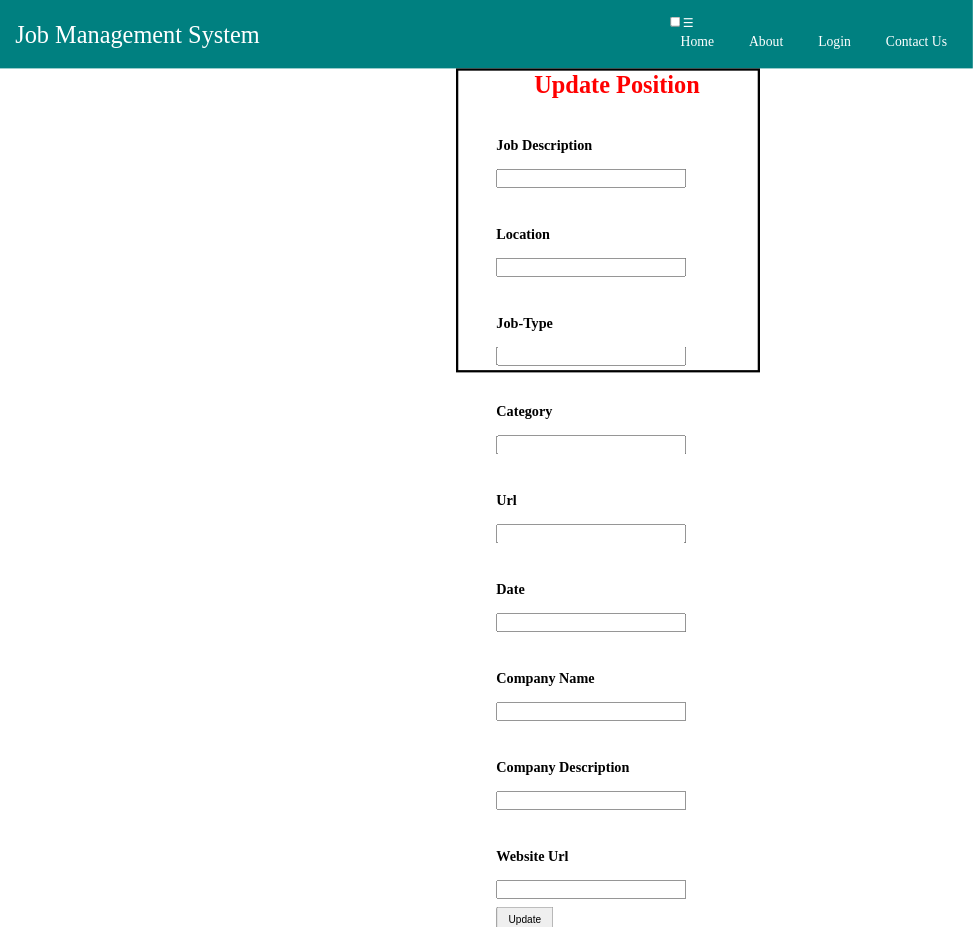
Repository: PrinceKumawat1109/JFSD
Page: http://localhost/Job-management/dashboard_update.jsp
The author's editor kept a copy of each file at every save. The page is drawn from the files as they stood at one save, then again after the next save.
The browser window is 1280 px wide. The pictures show the whole page, at 76% of full size.
The page is served by Tomcat 9. Other server files are loaded and not shown.

Above is the page before, as saved 2022-10-29 23:17:52.

### Job-management/src/main/webapp/dashboard_update.jsp
<%@ page language="java" contentType="text/html; charset=UTF-8"
    pageEncoding="UTF-8"%>
<!DOCTYPE html>
<html>
<head>
<meta charset="UTF-8">
<title>Update</title>
<style>
.card{
height: 400px;
width: 400px;
border-style: solid;
margin-left: 600px;
}
.i{
margin-top: 10px;
margin-left: 50px;
}
</style>
</head>

<jsp:include page="navbar2.jsp" />
<body>
<div class="card">
	<h1 style=" color: red; margin-left: 100px;">Update Position</h1>
<h3 style="margin-left: 50px; margin-top: 50px;">Job Description</h3>
	<input style="margin-left: 50px; margin-top: 20px; height: 25px; width: 250px;" type="text" id="t1"/>
	<h3 style="margin-left: 50px; margin-top: 50px;">Location</h3>
	<input style="margin-left: 50px; margin-top: 20px; height: 25px; width: 250px;" type="text" id="t2"/>
	<h3 style="margin-left: 50px; margin-top: 50px;">Job-Type</h3>
	<input style="margin-left: 50px; margin-top: 20px; height: 25px; width: 250px;" type="text" id="t3"/>
	<h3 style="margin-left: 50px; margin-top: 50px;">Category</h3>
	<input style="margin-left: 50px; margin-top: 20px; height: 25px; width: 250px;" type="text" id="t4"/>
	<h3 style="margin-left: 50px; margin-top: 50px;">Url</h3>
	<input style="margin-left: 50px; margin-top: 20px; height: 25px; width: 250px;" type="text" id="t5"/>
	<h3 style="margin-left: 50px; margin-top: 50px;">Date</h3>
	<input style="margin-left: 50px; margin-top: 20px; height: 25px; width: 250px;" type="text" id="t6"/>
	<h3 style="margin-left: 50px; margin-top: 50px;">Company Name</h3>
	<input style="margin-left: 50px; margin-top: 20px; height: 25px; width: 250px;" type="text" id="t7"/>
	<h3 style="margin-left: 50px; margin-top: 50px;">Company Description</h3>
	<input style="margin-left: 50px; margin-top: 20px; height: 25px; width: 250px;" type="text" id="t8"/>
	<h3 style="margin-left: 50px; margin-top: 50px;">Website Url</h3>
	<input style="margin-left: 50px; margin-top: 20px; height: 25px; width: 250px;" type="text" id="t9"/>
	<div class="i">
	<button style="height: 35px; width: 75px;"  onclick="update()">Update</button>
	<label id="lbl"></label>
	</div>
</div>
</body>
</html>

### Job-management/src/main/webapp/navbar2.jsp
<!DOCTYPE html>
<html lang="en">
 <head>
   <meta charset="UTF-8" />
   <meta http-equiv="X-UA-Compatible" content="IE=edge" />
   <meta name="viewport" content="width=device-width, initial-scale=1.0" />
   <style>

    /* UTILITIES */
* {
 margin: 0;
 padding: 0;
 box-sizing: border-box;
}
body {
 font-family: cursive;
}
a {
 text-decoration: none;
}
li {
 list-style: none;
}

/* NAVBAR STYLING STARTS */
.navbar {
 display: flex;
 align-items: center;
 justify-content: space-between;
 padding: 20px;
 background-color: teal;
 color: #fff;
}
.nav-links a {
 color: #fff;
}
/* LOGO */
.logo {
 font-size: 32px;
}
/* NAVBAR MENU */
.menu {
 display: flex;
 gap: 1em;
 font-size: 18px;
}
.menu li:hover {
 background-color: #4c9e9e;
 border-radius: 5px;
 transition: 0.3s ease;
}
.menu li {
 padding: 5px 14px;
}
/* DROPDOWN MENU */
.services {
 position: relative;
}
.dropdown {
 background-color: rgb(1, 139, 139);
 padding: 1em 0;
 position: absolute; /*WITH RESPECT TO PARENT*/
 display: none;
 border-radius: 8px;
 top: 35px;
}
.dropdown li + li {
 margin-top: 10px;
}
.dropdown li {
 padding: 0.5em 1em;
 width: 8em;
 text-align: center;
}
.dropdown li:hover {
 background-color: #4c9e9e;
}
.services:hover .dropdown {
 display: block;
}
   </style>
   <title>Document</title>
 </head>
 <body>
   <nav class="navbar">
     <!-- LOGO -->
     <div class="logo">Job Management System</div>
     <!-- NAVIGATION MENU -->
     <ul class="nav-links">
       <!-- USING CHECKBOX HACK -->
       <input type="checkbox" id="checkbox_toggle" />
       <label for="checkbox_toggle" class="hamburger">&#9776;</label>
       <!-- NAVIGATION MENUS -->
       <div class="menu">
         <li><a href="/">Home</a></li>
         <li><a href="/">About</a></li>
         <li class="services">
           <a href="/">Login</a>
           <!-- DROPDOWN MENU -->
           <ul class="dropdown">
             <li><a href="dashboard.jsp">DASHBOARD </a></li>
             <li><a href="applicants.jsp">APPLICANTS</a></li>
             <li><a href="newposition.jsp">POST A NEW JOB</a></li>
             <li><a href="https://rzp.io/i/k9xa2LhReQ">PAYMENT</a></li>
             <li><a href="index.jsp">LOGOUT</a></li>
           </ul>
         </li>
         <li><a href="/">Contact Us</a></li>
       </div>
     </ul>
   </nav>
 </body>
</html>

After the next save:
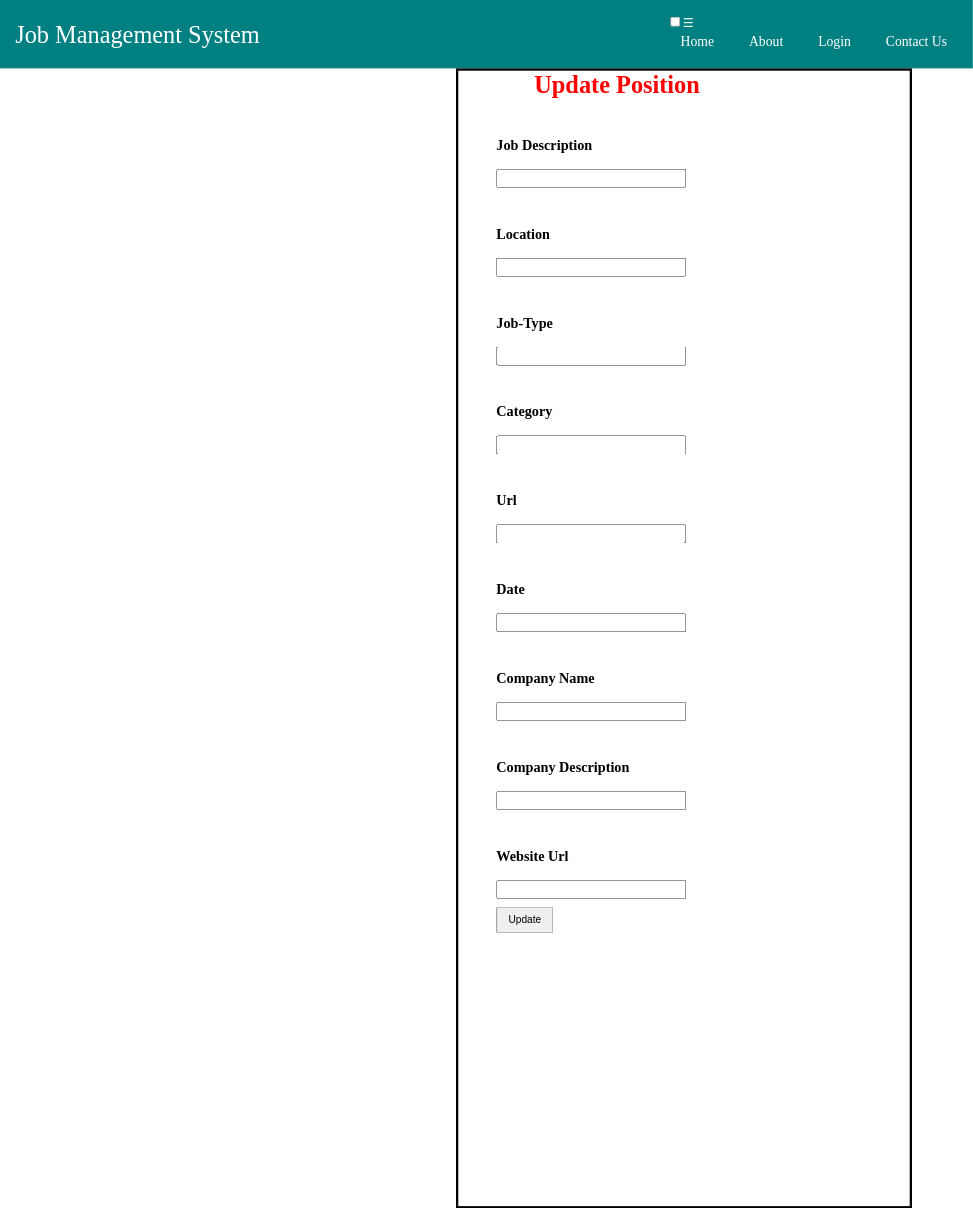
Saved 63 s later.
--- a/Job-management/src/main/webapp/dashboard_update.jsp
+++ b/Job-management/src/main/webapp/dashboard_update.jsp
@@ -7,8 +7,8 @@
 <title>Update</title>
 <style>
 .card{
-height: 400px;
-width: 400px;
+height: 1500px;
+width: 600px;
 border-style: solid;
 margin-left: 600px;
 }
